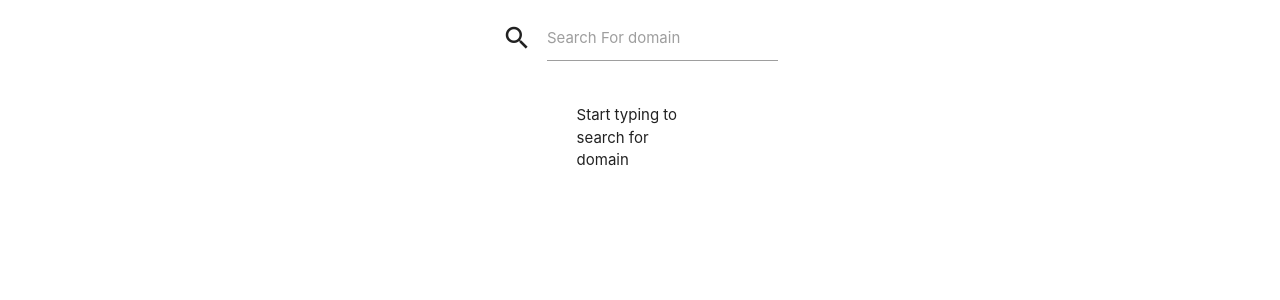
Repository: habib-urrehmaan/domain-name-searcher
Page: / (app in client/)
These files come from the project's save history. The page is drawn as it stood at one moment and after the next save; the edit follows.
The browser window is 1280 px wide. The pictures show the whole page.
The project was rebuilt for these pictures with package versions that can differ from the ones it lists, and the page was loaded fresh each time.

Above is the page before, as saved 2020-04-17 18:06:44.

### client/public/index.html
<!DOCTYPE html>
<html lang="en">
  <head>
    <meta charset="utf-8" />
    <link rel="icon" href="%PUBLIC_URL%/favicon.ico" />
    <meta name="viewport" content="width=device-width, initial-scale=1" />
    <meta name="theme-color" content="#000000" />
    <meta
      name="description"
      content="Web site created using create-react-app"
    />
    <link rel="apple-touch-icon" href="%PUBLIC_URL%/logo192.png" />
    <!--
      manifest.json provides metadata used when your web app is installed on a
      user's mobile device or desktop. See https://developers.google.com/web/fundamentals/web-app-manifest/
    -->
    <link rel="manifest" href="%PUBLIC_URL%/manifest.json" />
    <!--
      Notice the use of %PUBLIC_URL% in the tags above.
      It will be replaced with the URL of the `public` folder during the build.
      Only files inside the `public` folder can be referenced from the HTML.

      Unlike "/favicon.ico" or "favicon.ico", "%PUBLIC_URL%/favicon.ico" will
      work correctly both with client-side routing and a non-root public URL.
      Learn how to configure a non-root public URL by running `npm run build`.
    -->
    <link rel="stylesheet" href="https://cdnjs.cloudflare.com/ajax/libs/materialize/1.0.0/css/materialize.min.css">
    <link href="https://fonts.googleapis.com/icon?family=Material+Icons" rel="stylesheet">
     <!-- Compiled and minified JavaScript -->
     <script src="https://cdnjs.cloudflare.com/ajax/libs/materialize/1.0.0/js/materialize.min.js"></script>
    <title>React App</title>
  </head>
  <body>
    <noscript>You need to enable JavaScript to run this app.</noscript>
    <div id="root"></div>
    <!--
      This HTML file is a template.
      If you open it directly in the browser, you will see an empty page.

      You can add webfonts, meta tags, or analytics to this file.
      The build step will place the bundled scripts into the <body> tag.

      To begin the development, run `npm start` or `yarn start`.
      To create a production bundle, use `npm run build` or `yarn build`.
    -->
  </body>
</html>

### client/src/index.js
import React from 'react';
import ReactDOM from 'react-dom';
import './index.css';
import App from './App';

ReactDOM.render(
  <React.StrictMode>
    <App />
  </React.StrictMode>,
  document.getElementById('root')
);

// If you want your app to work offline and load faster, you can change
// unregister() to register() below. Note this comes with some pitfalls.
// Learn more about service workers: https://bit.ly/CRA-PWA
// serviceWorker.unregister();

### client/src/App.js
import React from 'react';
import Search from './Search';
import Output from './Output';

class App extends React.Component {

  constructor(props)
  {
    super(props);
    this.state ={
      output:null
    }
  }


  setAppOutput = (outputData) =>
  {
    console.log("setting output value")

    this.setState({
      output:outputData
    })
  }

  render()
  {
    return (
      <div className="App container">
        <Search setOutput={this.setAppOutput}/>
        <Output data={this.state.output}/>
      </div>
    );
  }
}

export default App;

### client/src/Search.js
import React, { Component } from 'react'
import axios from 'axios'

class Search extends Component {

    constructor(props)
    {
        super(props);
        console.log(props)
    }

    onChangeHandler = (e) =>
    {
        axios({
            'method': 'GET',
            'url': `http://localhost:5000/domain/search?domain=${e.target.value}`,
            'ContentType':'application/json'
        }).then((response)=>{

            var obj = JSON.parse(response.data.data);
            this.props.setOutput(obj);
        }).catch(error=>{
            console.log(error);
        });
    }

    render() {
        return (
            <div>
                <div className="row">
                    <div className="input-field col offset-s4 s4">
                        <i className="material-icons prefix">search</i>
                        <input id="search" type="text" className="validate" onChange={this.onChangeHandler}/>
                        <label htmlFor="search">Search For domain</label>
                    </div>
                </div>
            </div>
        )
    }
}

export default Search;

### client/src/Output.js
import React from 'react'

export default function Output(props) {

    let {data} = props;
    console.log("output data",data);
    return (
        <div className="row">
        {(data)?(<div className="col offset-s2 s2">{(data.available)?(<div><span>Congratulations! This domain is available</span><br/>
            <span><b>Price:</b>{data.price}{data.currency}</span></div>):(data.code)?(<div>{data.message}</div>):(<span>Sorry this domain is not Available</span>)}</div>)
            :(<div className="col offset-s5 s2">Start typing to search for domain</div>)}


        </div>
    )
}

Loaded but not shown: client/src/index.css (common file)

After the next save:
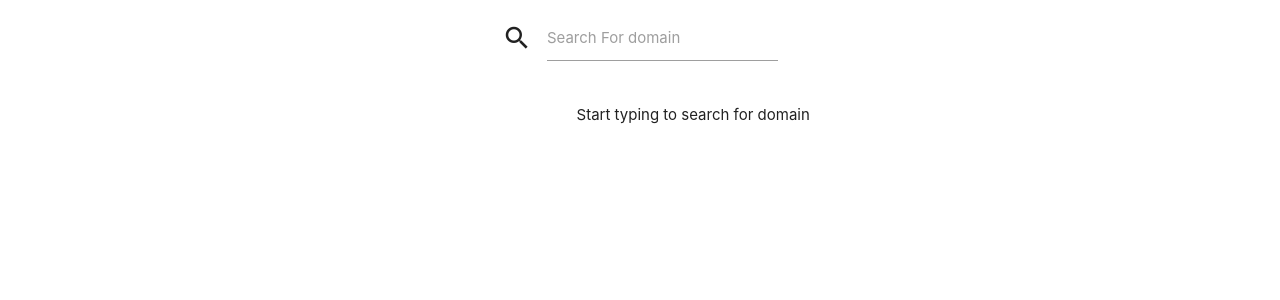
Saved 5 s later.
--- a/client/src/Output.js
+++ b/client/src/Output.js
@@ -8,7 +8,7 @@ export default function Output(props) {
         <div className="row">
         {(data)?(<div className="col offset-s2 s2">{(data.available)?(<div><span>Congratulations! This domain is available</span><br/>
             <span><b>Price:</b>{data.price}{data.currency}</span></div>):(data.code)?(<div>{data.message}</div>):(<span>Sorry this domain is not Available</span>)}</div>)
-            :(<div className="col offset-s5 s2">Start typing to search for domain</div>)}
+            :(<div className="col offset-s5">Start typing to search for domain</div>)}
 
 
         </div>
